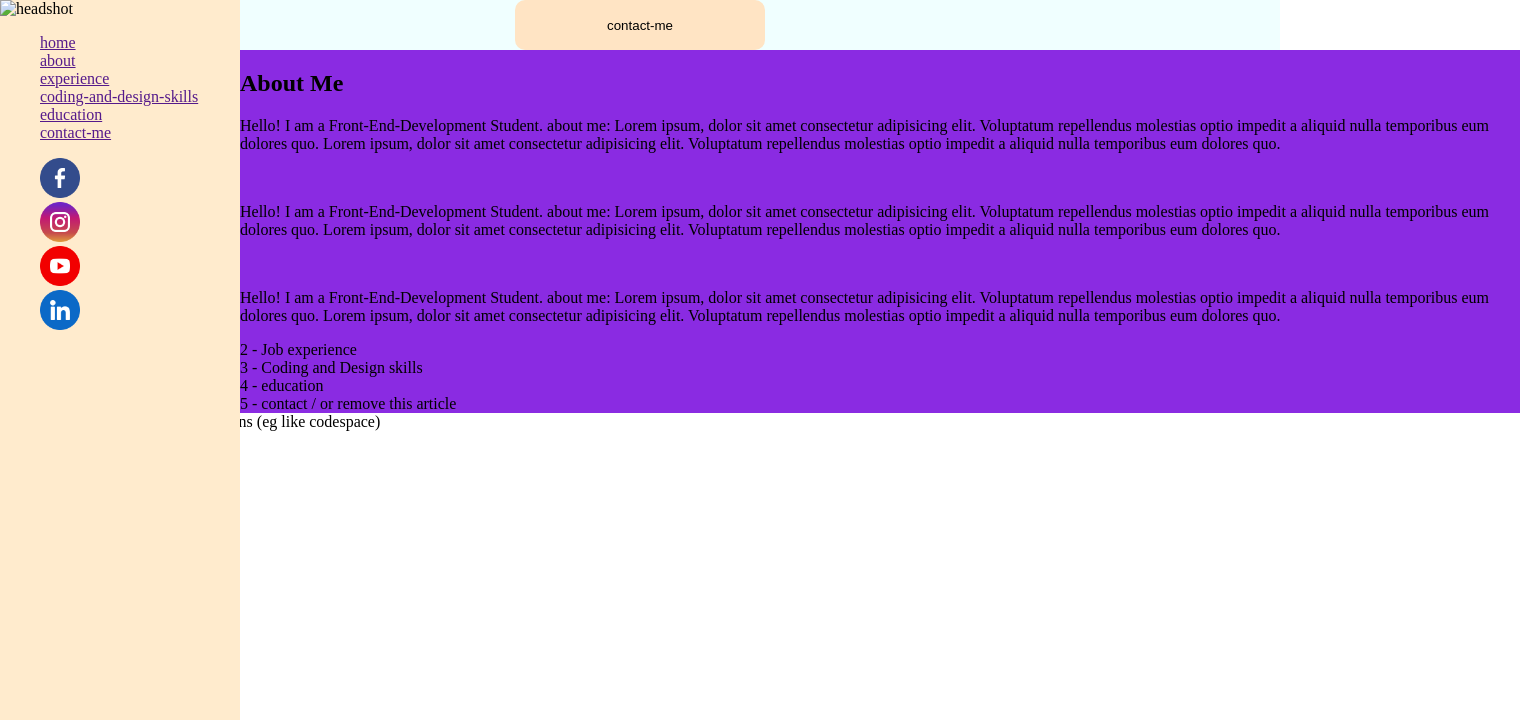
Repository: WesleyErasmus/MyDigitalResume-5
Page: index.html
The author's editor kept a copy of each file at every save. The page is drawn from the files as they stood at one save, then again after the next save.
The browser window is 1280 px wide. The page is 1520 px wide, so the pictures cover 1520 px, including what lies to the right of the window. The pictures show the whole page.

Above is the page before, as saved 2022-02-24 17:39:34.

### index.html
<!DOCTYPE html>
<html lang="en">

<head>
    <meta charset="UTF-8">
    <meta http-equiv="X-UA-Compatible" content="IE=edge">
    <meta name="viewport" content="width=device-width, initial-scale=1.0">
    <title>Wesley Erasmus Digital Resume 5</title>
    <link rel="stylesheet" href="stylesheet.css">
</head>

<body>
    <!-- look into using use hr tag -->
    <header>
        <span>
            <button id="contact-me-btn">contact-me</button>
        </span>
    </header>
    <nav>
        <img src="" alt="headshot">
        <ul class="nav-btns">
            <li><a href="">home</a></li>
            <li><a href="">about</a></li>
            <li><a href="">experience</a></li>
            <li><a href="">coding-and-design-skills</a></li>
            <li><a href="">education</a></li>
            <li><a href="">contact-me</a></li>
        </ul>
        <ul class="social-media-links">
            <li><a href="https://www.facebook.com/codespaceza" target="_blank"><img src="/icons/facebook.png"
                        alt="Facebook" width="40px" height="40px"></a></li>
            <li><a href="https://www.instagram.com/codespaceza/" target="_blank"><img src="icons/instagram.png"
                        alt="Instagram" width="40px" height="40px"></a></li>
            <li><a href="https://www.youtube.com/channel/UCfmXJliguiwBv2QlRzWdrxA" target="_blank"><img
                        src="icons/youtube.png" alt="YouTube" width="40px" height="40px"></a></li>
            <li><a href="https://www.linkedin.com/school/codespaceza/" target="_blank"><img src="icons/linkedin.png"
                        alt="LinkedIn" width="40px" height="40px"></a></li>
        </ul>
    </nav>
    <main>
        <article class="about-me">
            <h1>About Me</h1>
                <p>Hello! I am a Front-End-Development Student. about me: Lorem ipsum, dolor sit amet consectetur
                    adipisicing elit. Voluptatum repellendus molestias optio impedit a aliquid nulla temporibus eum
                    dolores quo. Lorem ipsum, dolor sit amet consectetur adipisicing elit. Voluptatum repellendus
                    molestias optio impedit a aliquid nulla temporibus eum dolores quo.</p>
                <br>
                <p>Hello! I am a Front-End-Development Student. about me: Lorem ipsum, dolor sit amet consectetur
                    adipisicing elit. Voluptatum repellendus molestias optio impedit a aliquid nulla temporibus eum
                    dolores quo. Lorem ipsum, dolor sit amet consectetur adipisicing elit. Voluptatum repellendus
                    molestias optio impedit a aliquid nulla temporibus eum dolores quo.</p>
                <br>
                <p>Hello! I am a Front-End-Development Student. about me: Lorem ipsum, dolor sit amet consectetur
                    adipisicing elit. Voluptatum repellendus molestias optio impedit a aliquid nulla temporibus eum
                    dolores quo. Lorem ipsum, dolor sit amet consectetur adipisicing elit. Voluptatum repellendus
                    molestias optio impedit a aliquid nulla temporibus eum dolores quo.</p>
        </article>
        <article class="job-experience">
            2 - Job experience
        </article>
        <article class="coding-and-design-skills">
            3 - Coding and Design skills
        </article>
        <article class="education">
            4 - education
        </article>
        <article>
            5 - contact / or remove this article
        </article>
    </main>
    <footer>
        contact details
        small social media icons (eg like codespace)
    </footer>

</body>

</html>

### stylesheet.css
* {
    box-sizing: border-box;
    list-style-type: none;
}
body {
    margin: 0;
    padding: 0;
}
header {
    background-color: azure;
    text-align: center;
}
button#contact-me-btn {
    background-color: bisque;
    width: 250px;
    height: 50px;
    border-radius: 10px;
    border: none;
}
nav {
    background-color: blanchedalmond;
    float: left;
    position: fixed;
    left: 0;
    overflow-y: auto;
    overflow-x: hidden;
    height: 100vh;
    min-height: 100vh;
    top: 0;
    width: 240px;
    z-index: 1;
}
main {
    background-color: blueviolet;
    position: relative;
    display: block;
    margin-left: 240px;
    width: 100%;
    overflow-x: hidden;
}
article.about-me {
    background-color:
    margin-left: 240px;
}

After the next save:
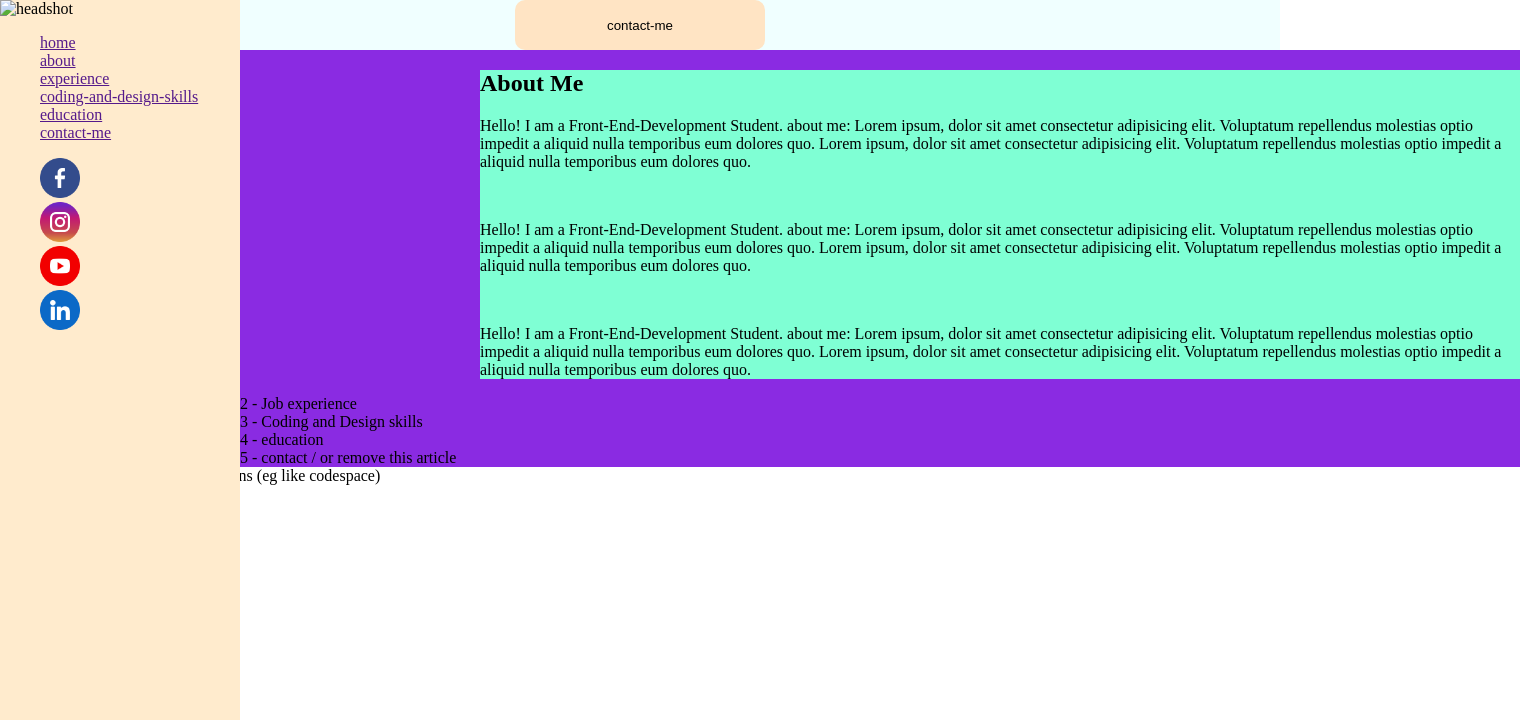
Saved 8 s later.
--- a/stylesheet.css
+++ b/stylesheet.css
@@ -39,6 +39,6 @@ main {
     overflow-x: hidden;
 }
 article.about-me {
-    background-color:
+    background-color: aquamarine;
     margin-left: 240px;
 }
